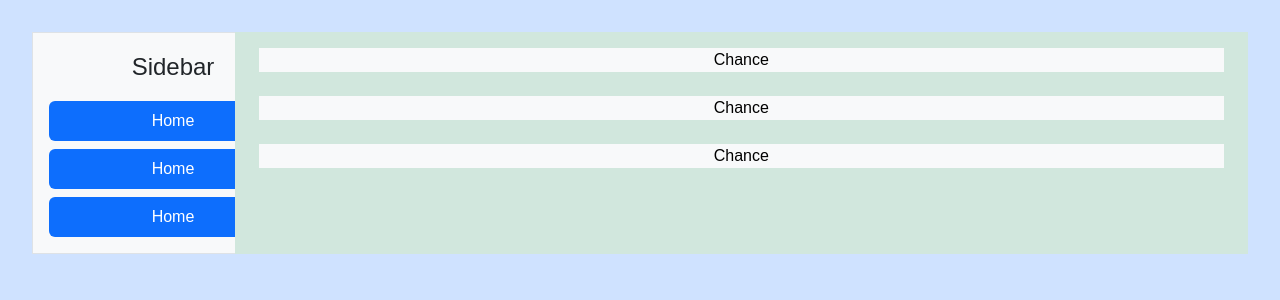
Repository: chancellor-w-whitaker/bec-tab
Page: /
An editor plug-in stored every save of this project. The page is shown before and after the next save, followed by the edit.
The browser window is 1280 px wide. The pictures show the whole page.
Some web fonts or font styles are not loaded; a fallback is used. The project was rebuilt for these pictures with package versions that can differ from the ones it lists, and the page was loaded fresh each time. Also part of the build but not shown: vite.config.js.

Above is the page before, as saved 2024-01-07 01:27:09.

### src/main.jsx
// Bootstrap Bundle JS
import "bootstrap/dist/js/bootstrap.bundle.min";
// Bootstrap CSS
import "bootstrap/dist/css/bootstrap.min.css";
import ReactDOM from "react-dom/client";
import React from "react";

import App from "./App.jsx";
import "./index.css";

ReactDOM.createRoot(document.getElementById("root")).render(
  <React.StrictMode>
    <App />
  </React.StrictMode>
);

### src/App.jsx
import { useEffect } from "react";

import "./App.css";

const useBodyBgVariant = (bgVariant = "body-tertiary") => {
  useEffect(() => {
    document.body.classList.add(`bg-${bgVariant}`);

    return () => {
      document.body.classList.remove(`bg-${bgVariant}`);
    };
  }, [bgVariant]);
};

const Button = ({ children }) => {
  return (
    <>
      <button className="btn btn-primary" type="button">
        {children}
      </button>
    </>
  );
};

const Card = () => {
  return (
    <>
      <div
        className="p-2 rounded border text-center bg-body-tertiary lh-1"
        style={{ width: 250 }}
      >
        <div>Chance</div>
        <div>Chance</div>
        <div>Chance</div>
      </div>
    </>
  );
};

const App = () => {
  useBodyBgVariant("primary-subtle");

  return (
    // <div className="container-fluid">
    //   <div className="row">
    //     <div className="sidebar border border-right col-md-3 col-lg-2 p-0 bg-warning-subtle">
    //       <div className="d-flex flex-column gap-2 p-2">
    //         <Button>Chance</Button>
    //         <Button>Chance</Button>
    //         <Button>Chance</Button>
    //         <Button>Chance</Button>
    //         <Button>Chance Chance Chance Chance Chance</Button>
    //       </div>
    //     </div>
    //     <div className="col-md-9 ms-sm-auto col-lg-10 p-0 bg-success-subtle">
    //       <div className="d-flex flex-row flex-wrap row-gap-4 p-2 justify-content-between">
    //         <Card></Card>
    //         <Card></Card>
    //         <Card></Card>
    //         <Card></Card>
    //         <Card></Card>
    //         <Card></Card>
    //         <Card></Card>
    //         <Card></Card>
    //         <Card></Card>
    //       </div>
    //     </div>
    //   </div>
    // </div>
    <div className="container-fluid">
      <div className="row">
        <div className="sidebar border border-right col-md-3 col-lg-2 p-0 bg-warning-subtle">
          <div
            className="d-flex flex-column flex-shrink-0 p-3 bg-body-tertiary text-center"
            style={{ width: 280 }}
          >
            <div className="fs-4 mb-3">Sidebar</div>
            <ul className="nav nav-pills flex-column mb-auto gap-2">
              <li className="nav-item">
                <a className="nav-link active" aria-current="page" href="#">
                  Home
                </a>
              </li>
              <li className="nav-item">
                <a className="nav-link active" aria-current="page" href="#">
                  Home
                </a>
              </li>
              <li className="nav-item">
                <a className="nav-link active" aria-current="page" href="#">
                  Home
                </a>
              </li>
            </ul>
          </div>
        </div>
        <div className="col-md-9 ms-sm-auto col-lg-10 px-md-4 py-3 bg-success-subtle">
          <div className="d-flex flex-column gap-4">
            <div className="text-bg-light">Chance</div>
            <div className="text-bg-light">Chance</div>
            <div className="text-bg-light">Chance</div>
          </div>
        </div>
      </div>
    </div>
  );
};

export default App;

### src/index.css
@font-face {
  font-family: poppins;
  font-style: normal;
  font-weight: 400;
  src: local("Poppins"),
    url(https://fonts.cdnfonts.com/s/16009/Poppins-Regular.woff) format("woff");
}
@font-face {
  font-family: poppins;
  font-style: normal;
  font-weight: 400;
  src: local("Poppins"),
    url(https://fonts.cdnfonts.com/s/16009/Poppins-Regular.woff) format("woff");
}
@font-face {
  font-family: poppins;
  font-style: italic;
  font-weight: 400;
  src: local("Poppins"),
    url(https://fonts.cdnfonts.com/s/16009/Poppins-Italic.woff) format("woff");
}
@font-face {
  font-family: poppins;
  font-style: italic;
  font-weight: 400;
  src: local("Poppins"),
    url(https://fonts.cdnfonts.com/s/16009/Poppins-Italic.woff) format("woff");
}
@font-face {
  font-family: poppins;
  font-style: normal;
  font-weight: 250;
  src: local("Poppins"),
    url(https://fonts.cdnfonts.com/s/16009/Poppins-Thin.woff) format("woff");
}
@font-face {
  font-family: poppins;
  font-style: normal;
  font-weight: 250;
  src: local("Poppins"),
    url(https://fonts.cdnfonts.com/s/16009/Poppins-Thin.woff) format("woff");
}
@font-face {
  font-family: poppins;
  font-style: italic;
  font-weight: 250;
  src: local("Poppins"),
    url(https://fonts.cdnfonts.com/s/16009/Poppins-ThinItalic.woff)
      format("woff");
}
@font-face {
  font-family: poppins;
  font-style: italic;
  font-weight: 250;
  src: local("Poppins"),
    url(https://fonts.cdnfonts.com/s/16009/Poppins-ThinItalic.woff)
      format("woff");
}
@font-face {
  font-family: poppins;
  font-style: normal;
  font-weight: 275;
  src: local("Poppins"),
    url(https://fonts.cdnfonts.com/s/16009/Poppins-ExtraLight.woff)
      format("woff");
}
@font-face {
  font-family: poppins;
  font-style: normal;
  font-weight: 275;
  src: local("Poppins"),
    url(https://fonts.cdnfonts.com/s/16009/Poppins-ExtraLight.woff)
      format("woff");
}
@font-face {
  font-family: poppins;
  font-style: italic;
  font-weight: 275;
  src: local("Poppins"),
    url(https://fonts.cdnfonts.com/s/16009/Poppins-ExtraLightItalic.woff)
      format("woff");
}
@font-face {
  font-family: poppins;
  font-style: italic;
  font-weight: 275;
  src: local("Poppins"),
    url(https://fonts.cdnfonts.com/s/16009/Poppins-ExtraLightItalic.woff)
      format("woff");
}
@font-face {
  font-family: poppins;
  font-style: normal;
  font-weight: 300;
  src: local("Poppins"),
    url(https://fonts.cdnfonts.com/s/16009/Poppins-Light.woff) format("woff");
}
@font-face {
  font-family: poppins;
  font-style: normal;
  font-weight: 300;
  src: local("Poppins"),
    url(https://fonts.cdnfonts.com/s/16009/Poppins-Light.woff) format("woff");
}
@font-face {
  font-family: poppins;
  font-style: italic;
  font-weight: 300;
  src: local("Poppins"),
    url(https://fonts.cdnfonts.com/s/16009/Poppins-LightItalic.woff)
      format("woff");
}
@font-face {
  font-family: poppins;
  font-style: italic;
  font-weight: 300;
  src: local("Poppins"),
    url(https://fonts.cdnfonts.com/s/16009/Poppins-LightItalic.woff)
      format("woff");
}
@font-face {
  font-family: poppins;
  font-style: normal;
  font-weight: 500;
  src: local("Poppins"),
    url(https://fonts.cdnfonts.com/s/16009/Poppins-Medium.woff) format("woff");
}
@font-face {
  font-family: poppins;
  font-style: normal;
  font-weight: 500;
  src: local("Poppins"),
    url(https://fonts.cdnfonts.com/s/16009/Poppins-Medium.woff) format("woff");
}
@font-face {
  font-family: poppins;
  font-style: italic;
  font-weight: 500;
  src: local("Poppins"),
    url(https://fonts.cdnfonts.com/s/16009/Poppins-MediumItalic.woff)
      format("woff");
}
@font-face {
  font-family: poppins;
  font-style: italic;
  font-weight: 500;
  src: local("Poppins"),
    url(https://fonts.cdnfonts.com/s/16009/Poppins-MediumItalic.woff)
      format("woff");
}
@font-face {
  font-family: poppins;
  font-style: normal;
  font-weight: 600;
  src: local("Poppins"),
    url(https://fonts.cdnfonts.com/s/16009/Poppins-SemiBold.woff) format("woff");
}
@font-face {
  font-family: poppins;
  font-style: normal;
  font-weight: 600;
  src: local("Poppins"),
    url(https://fonts.cdnfonts.com/s/16009/Poppins-SemiBold.woff) format("woff");
}
@font-face {
  font-family: poppins;
  font-style: italic;
  font-weight: 600;
  src: local("Poppins"),
    url(https://fonts.cdnfonts.com/s/16009/Poppins-SemiBoldItalic.woff)
      format("woff");
}
@font-face {
  font-family: poppins;
  font-style: italic;
  font-weight: 600;
  src: local("Poppins"),
    url(https://fonts.cdnfonts.com/s/16009/Poppins-SemiBoldItalic.woff)
      format("woff");
}
@font-face {
  font-family: poppins;
  font-style: normal;
  font-weight: 700;
  src: local("Poppins"),
    url(https://fonts.cdnfonts.com/s/16009/Poppins-Bold.woff) format("woff");
}
@font-face {
  font-family: poppins;
  font-style: normal;
  font-weight: 700;
  src: local("Poppins"),
    url(https://fonts.cdnfonts.com/s/16009/Poppins-Bold.woff) format("woff");
}
@font-face {
  font-family: poppins;
  font-style: italic;
  font-weight: 700;
  src: local("Poppins"),
    url(https://fonts.cdnfonts.com/s/16009/Poppins-BoldItalic.woff)
      format("woff");
}
@font-face {
  font-family: poppins;
  font-style: italic;
  font-weight: 700;
  src: local("Poppins"),
    url(https://fonts.cdnfonts.com/s/16009/Poppins-BoldItalic.woff)
      format("woff");
}
@font-face {
  font-family: poppins;
  font-style: normal;
  font-weight: 800;
  src: local("Poppins"),
    url(https://fonts.cdnfonts.com/s/16009/Poppins-ExtraBold.woff)
      format("woff");
}
@font-face {
  font-family: poppins;
  font-style: normal;
  font-weight: 800;
  src: local("Poppins"),
    url(https://fonts.cdnfonts.com/s/16009/Poppins-ExtraBold.woff)
      format("woff");
}
@font-face {
  font-family: poppins;
  font-style: italic;
  font-weight: 800;
  src: local("Poppins"),
    url(https://fonts.cdnfonts.com/s/16009/Poppins-ExtraBoldItalic.woff)
      format("woff");
}
@font-face {
  font-family: poppins;
  font-style: italic;
  font-weight: 800;
  src: local("Poppins"),
    url(https://fonts.cdnfonts.com/s/16009/Poppins-ExtraBoldItalic.woff)
      format("woff");
}
@font-face {
  font-family: poppins;
  font-style: normal;
  font-weight: 900;
  src: local("Poppins"),
    url(https://fonts.cdnfonts.com/s/16009/Poppins-Black.woff) format("woff");
}
@font-face {
  font-family: poppins;
  font-style: normal;
  font-weight: 900;
  src: local("Poppins"),
    url(https://fonts.cdnfonts.com/s/16009/Poppins-Black.woff) format("woff");
}
@font-face {
  font-family: poppins;
  font-style: italic;
  font-weight: 900;
  src: local("Poppins"),
    url(https://fonts.cdnfonts.com/s/16009/Poppins-BlackItalic.woff)
      format("woff");
}
@font-face {
  font-family: poppins;
  font-style: italic;
  font-weight: 900;
  src: local("Poppins"),
    url(https://fonts.cdnfonts.com/s/16009/Poppins-BlackItalic.woff)
      format("woff");
}

:root,
[data-bs-theme="light"] {
  --bs-font-sans-serif: "Poppins", sans-serif;

  --bs-box-shadow: 0px 3px 3px -2px rgba(0, 0, 0, 0.2),
    0px 3px 4px 0px rgba(0, 0, 0, 0.14), 0px 1px 8px 0px rgba(0, 0, 0, 0.12);
  --bs-box-shadow-sm: 0px 3px 1px -2px rgba(0, 0, 0, 0.2),
    0px 2px 2px 0px rgba(0, 0, 0, 0.14), 0px 1px 5px 0px rgba(0, 0, 0, 0.12);
  --bs-box-shadow-lg: 0px 2px 4px -1px rgba(0, 0, 0, 0.2),
    0px 4px 5px 0px rgba(0, 0, 0, 0.14), 0px 1px 10px 0px rgba(0, 0, 0, 0.12);
}

Loaded but not shown: index.html (common file); src/App.css (common file)

After the next save:
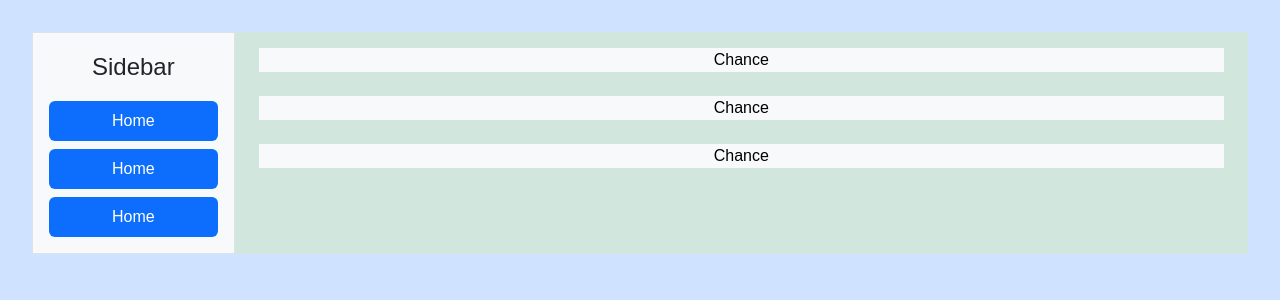
Saved 29 s later.
--- a/src/App.jsx
+++ b/src/App.jsx
@@ -70,10 +70,7 @@ const App = () => {
     <div className="container-fluid">
       <div className="row">
         <div className="sidebar border border-right col-md-3 col-lg-2 p-0 bg-warning-subtle">
-          <div
-            className="d-flex flex-column flex-shrink-0 p-3 bg-body-tertiary text-center"
-            style={{ width: 280 }}
-          >
+          <div className="d-flex flex-column flex-shrink-0 p-3 bg-body-tertiary text-center">
             <div className="fs-4 mb-3">Sidebar</div>
             <ul className="nav nav-pills flex-column mb-auto gap-2">
               <li className="nav-item">
